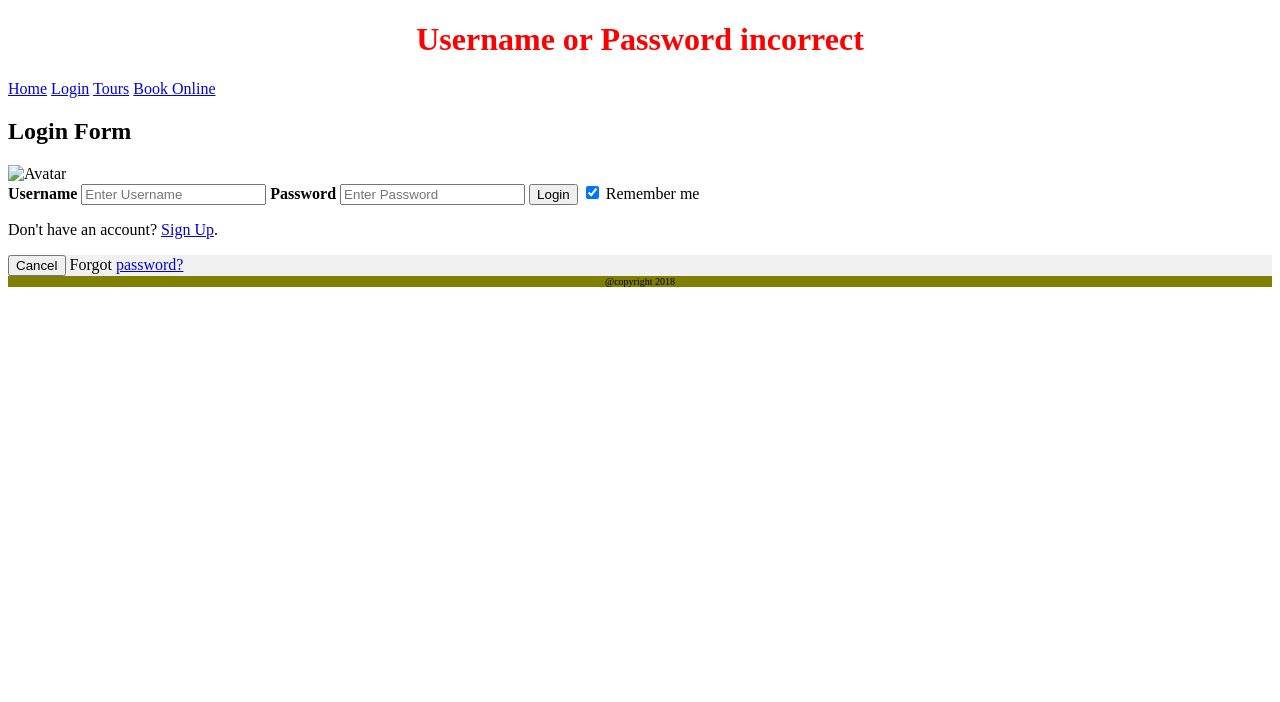
Repository: Rahim89/ANYFT
Page: http://localhost/CaseStudy/WEB-INF/views/errorPage.jsp
An editor plug-in stored every save of this project. The page is shown before and after the next save, followed by the edit.
The browser window is 1280 px wide. The pictures show the whole page.
The page is served by Tomcat 9. Nobody is signed in. The template is opened directly, without the code that normally fills it, so the values that code supplies are empty.

Above is the page before, as saved 2018-09-17 18:17:56.
Not found: CaseStudy/CaseStudy/WEB-INF/views/img_avatar2.png

After the next save:
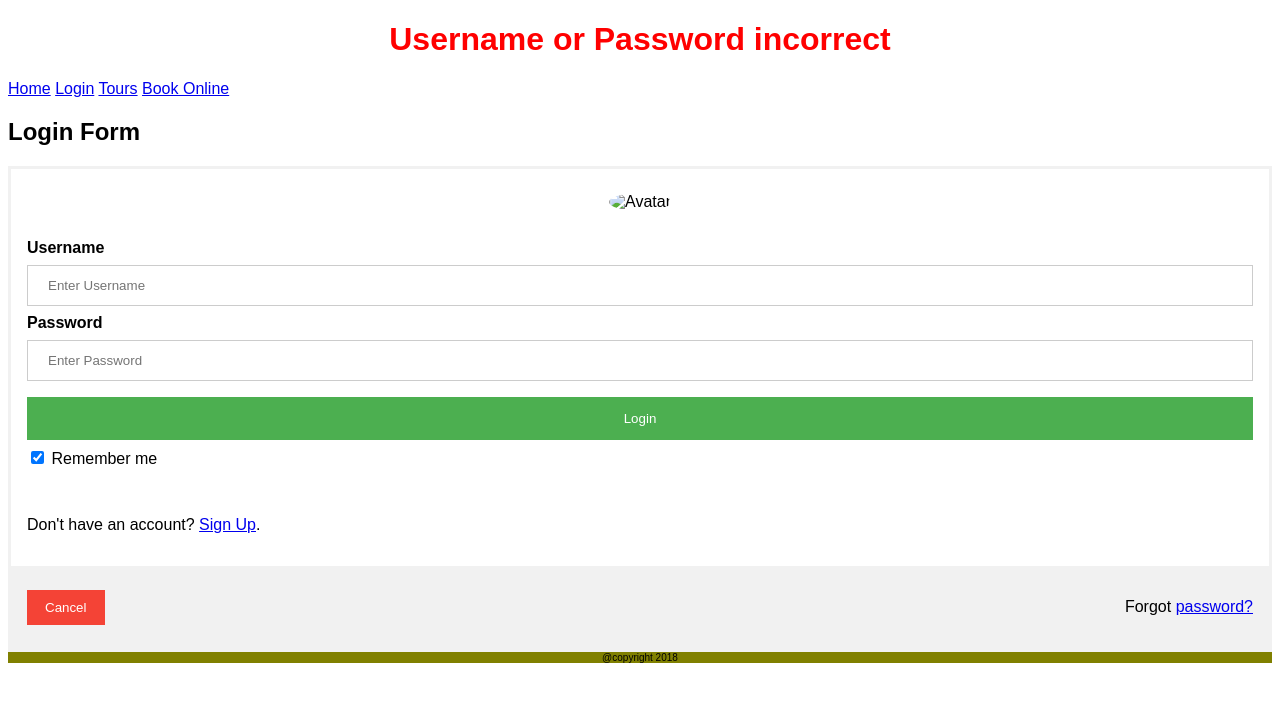
Saved 76 s later.
--- a/CaseStudy/WebContent/WEB-INF/views/login.jsp
+++ b/CaseStudy/WebContent/WEB-INF/views/login.jsp
@@ -5,6 +5,70 @@
 <head>
 <meta charset="UTF-8">
 <title>Login</title>
+
+<style>
+body {font-family: Arial, Helvetica, sans-serif;}
+form {border: 3px solid #f1f1f1;}
+
+input[type=text], input[type=password] {
+    width: 100%;
+    padding: 12px 20px;
+    margin: 8px 0;
+    display: inline-block;
+    border: 1px solid #ccc;
+    box-sizing: border-box;
+}
+
+button {
+    background-color: #4CAF50;
+    color: white;
+    padding: 14px 20px;
+    margin: 8px 0;
+    border: none;
+    cursor: pointer;
+    width: 100%;
+}
+
+button:hover {
+    opacity: 0.8;
+}
+
+.cancelbtn {
+    width: auto;
+    padding: 10px 18px;
+    background-color: #f44336;
+}
+
+.imgcontainer {
+    text-align: center;
+    margin: 24px 0 12px 0;
+}
+
+img.avatar {
+    width: 40%;
+    border-radius: 50%;
+}
+
+.container {
+    padding: 16px;
+}
+
+span.psw {
+    float: right;
+    padding-top: 16px;
+}
+
+/* Change styles for span and cancel button on extra small screens */
+@media screen and (max-width: 300px) {
+    span.psw {
+       display: block;
+       float: none;
+    }
+    .cancelbtn {
+       width: 100%;
+    }
+}
+</style>
 </head>
 <body>
 	<div id = "header">
